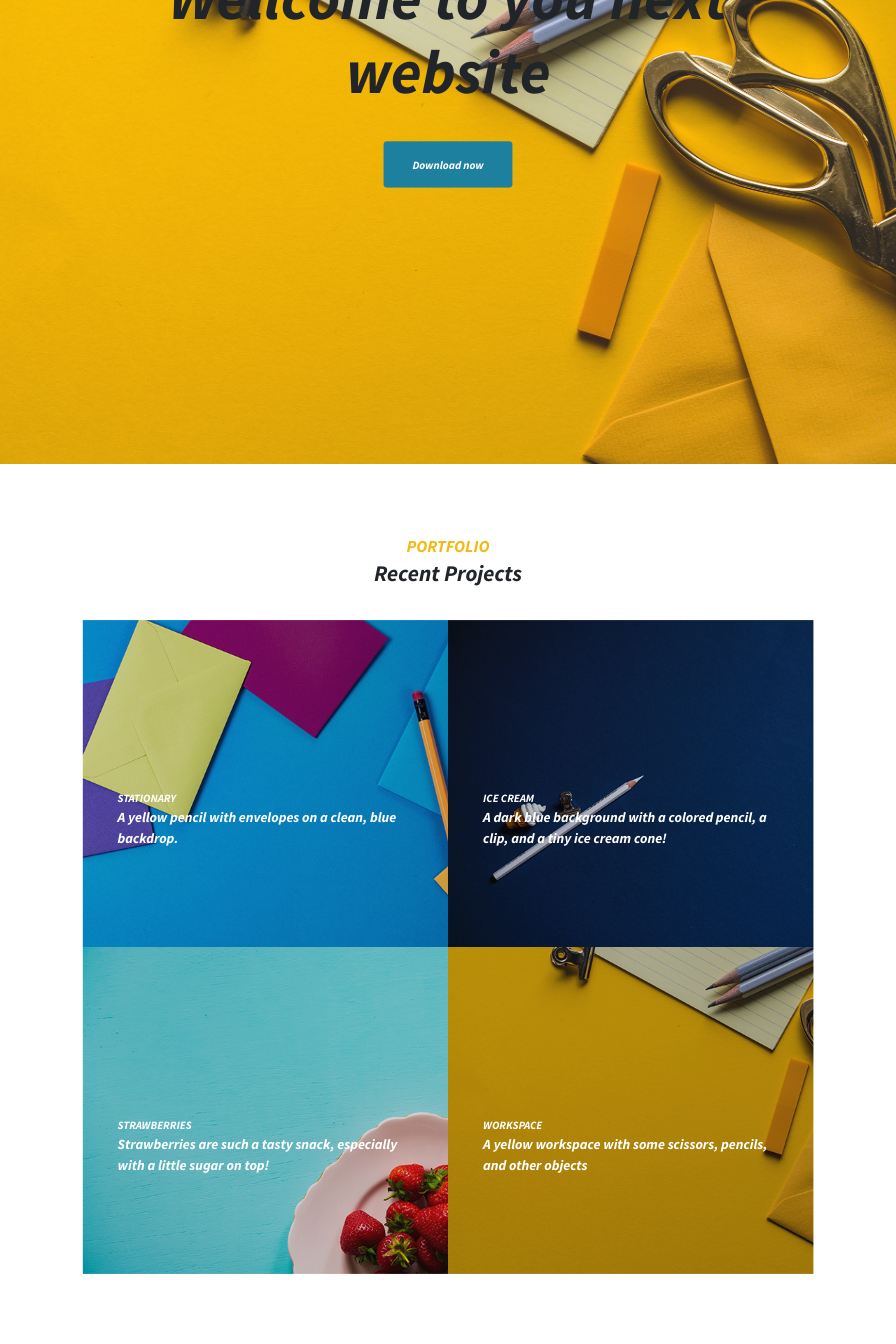
Repository: hoangpino/VE_FE_FrameWork_005
Page: lab06/index.html
An editor plug-in stored every save of this project. The page is shown before and after the next save, followed by the edit.
The browser window is 1280 px wide. The pictures show the part of the page from y = 2217 to 4137 px (the page is 4137 px tall), at 70% of full size.
The pointer rests on the first visible `.portfolio-item`.
Backgrounds fixed to the window are drawn as part of the page.

Above is the page before, as saved 2021-10-05 19:22:22.

After the next save:
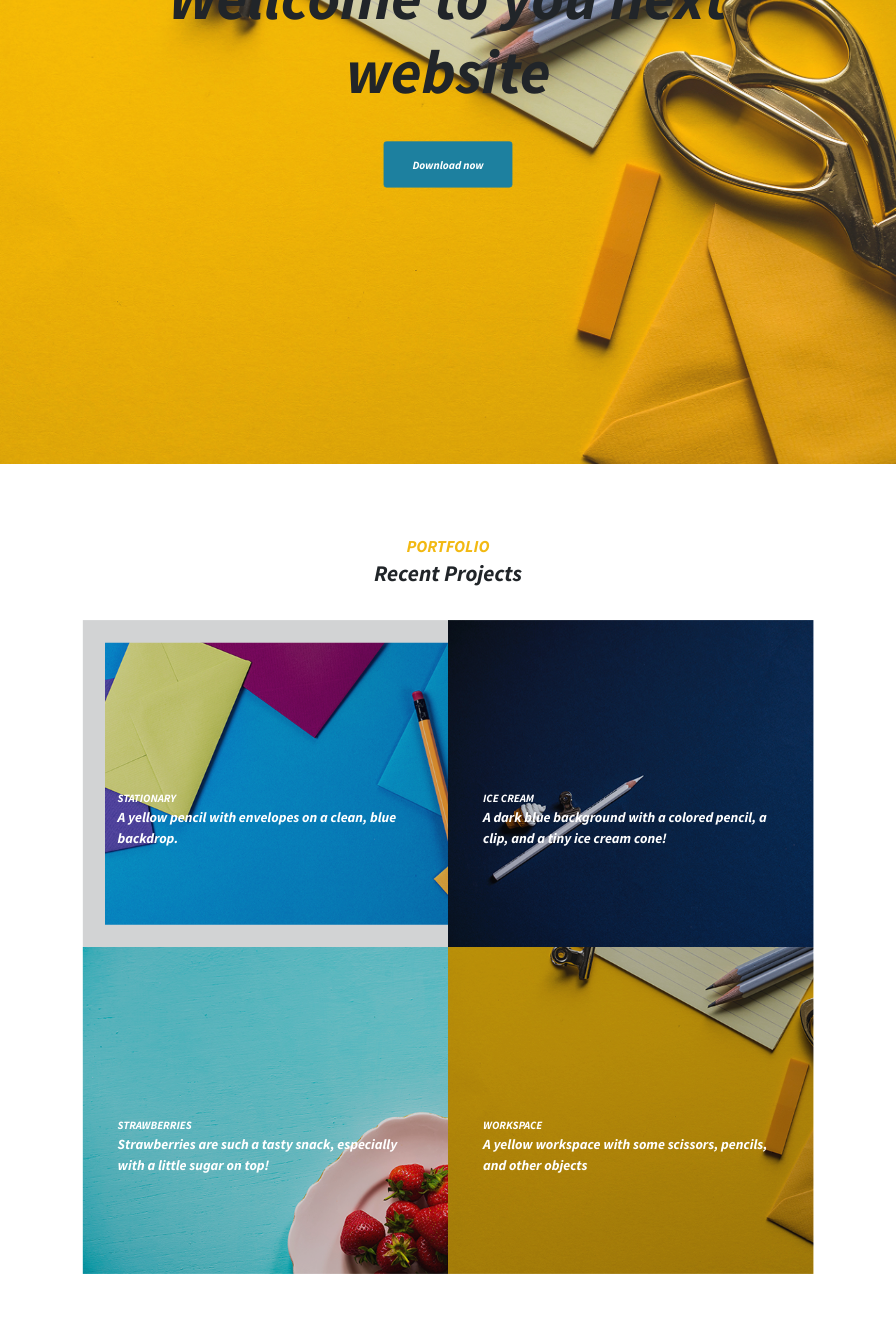
Saved 106 s later.
--- a/lab06/css/style.css
+++ b/lab06/css/style.css
@@ -167,6 +167,11 @@
     min-width: 100%;
 }
 
+.portfolio-item:hover img {
+    -webkit-clip-path: inset(2rem);
+    clip-path: inset(2rem);
+}
+
 .caption {
     height: 100%;
     width: 100%;
